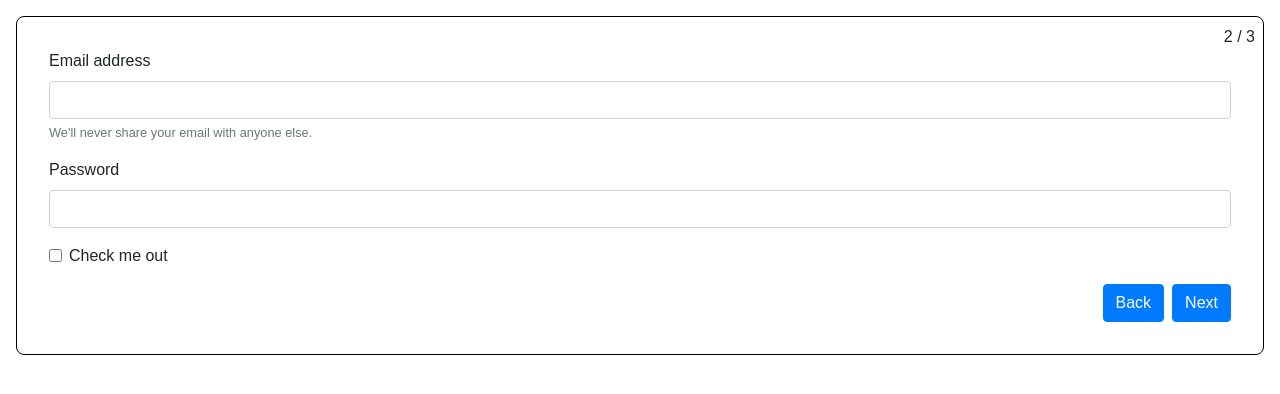
Repository: Aminox84/frontend-main
Page: /, after clicking the first element matching `button.btn`
An editor plug-in stored every save of this project. The page is shown before and after the next save, followed by the edit.
The browser window is 1280 px wide. The pictures show the whole page.
The project was rebuilt for these pictures with package versions that can differ from the ones it lists, and the page was loaded fresh each time. Also part of the build but not shown: src/AccountForm.tsx.

Above is the page before, as saved 2022-12-29 19:20:33.

After the next save:
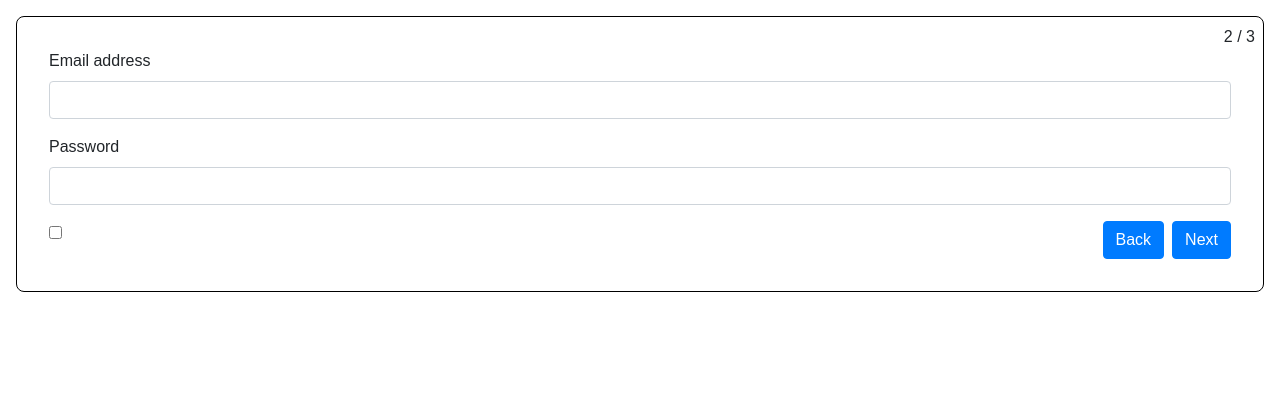
Saved 5 s later.
--- a/src/AddressForm.tsx
+++ b/src/AddressForm.tsx
@@ -5,7 +5,6 @@ export function AddressForm(){
   <div className="form-group">
     <label htmlFor="exampleInputEmail1">Email address</label>
     <input type="email" className="form-control" id="exampleInputEmail1" aria-describedby="emailHelp" />
-    <small id="emailHelp" className="form-text text-muted">We'll never share your email with anyone else.</small>
   </div>
   <div className="form-group">
     <label htmlFor="exampleInputPassword1">Password</label>
@@ -13,7 +12,6 @@ export function AddressForm(){
   </div>
   <div className="form-group form-check">
     <input type="checkbox" className="form-check-input" id="exampleCheck1" />
-    <label className="form-check-label" htmlFor="exampleCheck1">Check me out</label>
   </div>
 </form>
         </>
